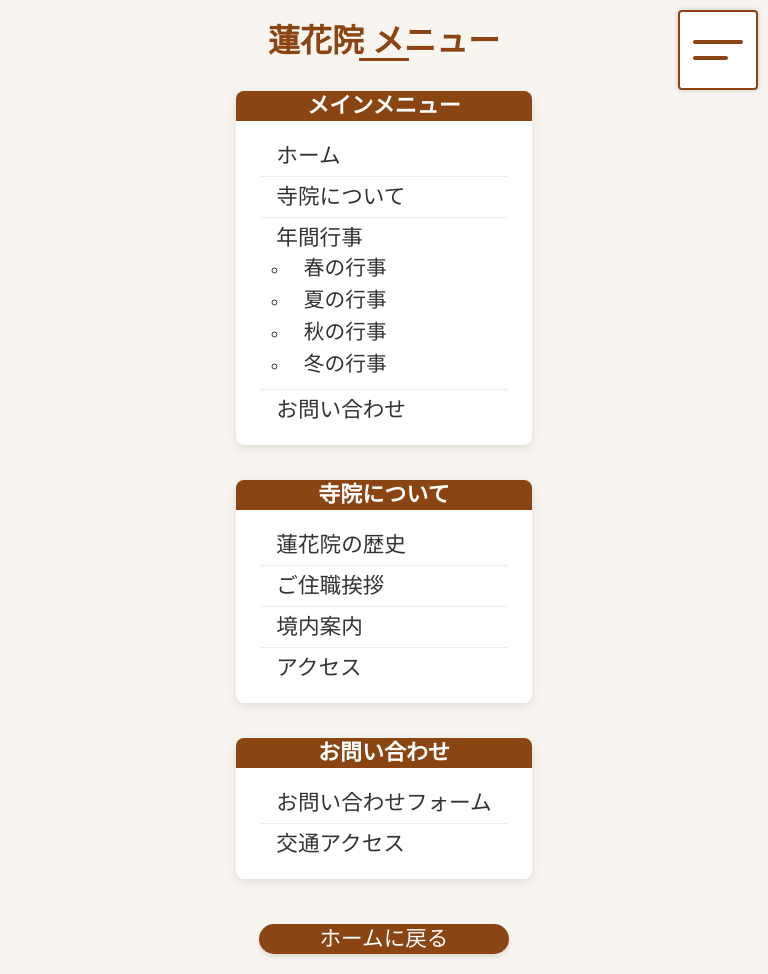
Repository: owl-onoueip/rengein-website
Page: menu.html
These files come from the project's save history. The page is drawn as it stood at one moment and after a run of saves; the edit follows.
The browser window is 768 px wide. The pictures show the whole page.
Some web fonts or font styles are not loaded; a fallback is used.

Above is the page before, as saved 2025-03-10 09:03:59.

### menu.html
<!DOCTYPE html>
<html lang="ja">

<head>
    <meta charset="UTF-8">
    <meta name="viewport" content="width=device-width, initial-scale=1.0">
    <title>メニュー - 蓮花院</title>
    <link rel="stylesheet" href="css/style.css">
    <style>
        body {
            font-family: "ヒラギノ明朝 Pro W3", "Hiragino Mincho Pro", "游明朝", YuMincho, "MS P明朝", "MS PMincho", serif;
            margin: 0;
            padding: 0;
            background-color: #f8f5f0;
            color: #333;
            min-height: 100vh;
            display: flex;
            flex-direction: column;
            justify-content: center;
            font-size: 16px;
            /* 基本フォントサイズを設定 */
        }

        .menu-container {
            max-width: 1200px;
            margin: 0 auto;
            padding: 20px;
        }

        h1 {
            text-align: center;
            color: #8b4513;
            margin-bottom: 40px;
            font-size: 28px;
            position: relative;
        }

        h1:after {
            content: "";
            display: block;
            width: 50px;
            height: 2px;
            background-color: #8b4513;
            position: absolute;
            bottom: -15px;
            left: 50%;
            transform: translateX(-50%);
        }

        .menu-grid {
            display: grid;
            grid-template-columns: repeat(auto-fit, minmax(300px, 1fr));
            gap: 20px;
            margin-bottom: 30px;
        }

        .menu-card {
            background: #fff;
            border-radius: 8px;
            box-shadow: 0 3px 10px rgba(0, 0, 0, 0.1);
            overflow: hidden;
            transition: transform 0.3s, box-shadow 0.3s;
        }

        .menu-card:hover {
            transform: translateY(-5px);
            box-shadow: 0 5px 15px rgba(0, 0, 0, 0.15);
        }

        .menu-header {
            background-color: #8b4513;
            color: #fff;
            padding: 15px;
            text-align: center;
        }

        .menu-header h2 {
            margin: 0;
            font-size: 20px;
        }

        .menu-content {
            padding: 20px;
        }

        .menu-list {
            list-style: none;
            padding: 0;
            margin: 0;
        }

        .menu-list li {
            margin-bottom: 10px;
            border-bottom: 1px dotted #ddd;
            padding-bottom: 10px;
        }

        .menu-list li:last-child {
            margin-bottom: 0;
            border-bottom: none;
            padding-bottom: 0;
        }

        .menu-list a {
            display: block;
            color: #333;
            text-decoration: none;
            padding: 5px 10px;
            border-radius: 3px;
            transition: all 0.3s;
            position: relative;
            font-size: 1.1em;
            /* メニューリンクのフォントサイズを大きく */
        }

        .menu-list a:after {
            content: "›";
            position: absolute;
            right: 10px;
            opacity: 0;
            transition: opacity 0.3s, transform 0.3s;
        }

        .menu-list a:hover {
            background-color: rgba(255, 223, 0, 0.2);
            padding-left: 15px;
        }

        .menu-list a:hover:after {
            opacity: 1;
            transform: translateX(5px);
        }

        .sub-menu {
            padding-left: 20px;
            margin-top: 10px;
        }

        .sub-menu li {
            margin-bottom: 12px;
            border-bottom: none;
            padding-bottom: 0;
        }

        .sub-menu a {
            font-size: 1.05em;
            /* サブメニューのフォントサイズも大きく */
            padding: 8px 10px;
            /* タップ領域を広げる */
        }

        .back-button {
            display: block;
            text-align: center;
            width: 200px;
            margin: 0 auto;
            background-color: #8b4513;
            color: #fff;
            padding: 12px 20px;
            border-radius: 30px;
            text-decoration: none;
            transition: all 0.3s;
            box-shadow: 0 3px 5px rgba(0, 0, 0, 0.1);
            font-size: 1.1em;
            /* 戻るボタンのフォントサイズも大きく */
        }

        .back-button:hover {
            background-color: #6d3611;
            transform: translateY(-2px);
            box-shadow: 0 5px 10px rgba(0, 0, 0, 0.15);
        }

        /* メニューボタンのスタイル */
        #menubar_hdr {
            display: block !important;
            position: fixed !important;
            z-index: 9999 !important;
            top: 10px !important;
            right: 10px !important;
            width: 80px !important;
            height: 80px !important;
            background: #fff !important;
            border: 2px solid #8b4513 !important;
            border-radius: 4px !important;
            box-shadow: 0 0 5px rgba(0, 0, 0, 0.2) !important;
            cursor: pointer !important;
            transition: all 0.3s ease !important;
        }

        #menubar_hdr:hover {
            background-color: rgba(139, 69, 19, 0.1) !important;
            transform: translateY(-3px) !important;
            box-shadow: 0 5px 10px rgba(0, 0, 0, 0.2) !important;
        }

        .menu-icon {
            width: 50px !important;
            height: 50px !important;
            position: absolute !important;
            top: 50% !important;
            left: 50% !important;
            transform: translate(-50%, -50%) !important;
        }

        .menu-icon span {
            display: block !important;
            position: absolute !important;
            width: 100% !important;
            height: 4px !important;
            background-color: #8b4513 !important;
            border-radius: 4px !important;
            transition: all 0.3s ease !important;
        }

        .menu-icon span:nth-child(1) {
            top: 15px !important;
        }

        .menu-icon span:nth-child(2) {
            width: 70% !important;
            bottom: 15px !important;
        }

        #menubar_hdr:hover .menu-icon span:nth-child(2) {
            width: 100% !important;
        }

        /* レスポンシブ対応 */
        @media (max-width: 768px) {
            body {
                font-size: 18px;
                /* スマホ表示時はさらに大きく */
            }

            h1 {
                font-size: 32px;
                /* タイトルも大きく */
                margin-bottom: 50px;
            }

            h1:after {
                bottom: -20px;
                height: 3px;
            }

            .menu-header h2 {
                font-size: 22px;
                /* カードヘッダーも大きく */
            }

            .menu-grid {
                grid-template-columns: 1fr;
            }

            .menu-card {
                margin-bottom: 15px;
            }

            .menu-list a {
                padding: 10px 15px;
                /* タップ領域をさらに広げる */
                font-size: 1.2em;
            }

            .sub-menu a {
                padding: 10px 15px;
                font-size: 1.15em;
            }

            .menu-content {
                padding: 25px;
                /* コンテンツ全体のパディングも増やす */
            }

            .back-button {
                width: 250px;
                /* ボタンを大きく */
                padding: 15px 20px;
                font-size: 1.2em;
                margin-top: 20px;
            }
        }
    </style>
</head>

<body>
    <div class="menu-container">
        <h1>蓮花院 メニュー</h1>

        <div class="menu-grid">
            <div class="menu-card">
                <div class="menu-header">
                    <h2>メインメニュー</h2>
                </div>
                <div class="menu-content">
                    <ul class="menu-list">
                        <li><a href="index.html">ホーム</a></li>
                        <li><a href="about.html">寺院について</a></li>
                        <li>
                            <a href="events.html">年間行事</a>
                            <ul class="sub-menu">
                                <li><a href="events.html#spring">春の行事</a></li>
                                <li><a href="events.html#summer">夏の行事</a></li>
                                <li><a href="events.html#autumn">秋の行事</a></li>
                                <li><a href="events.html#winter">冬の行事</a></li>
                            </ul>
                        </li>
                        <li><a href="contact.html">お問い合わせ</a></li>
                    </ul>
                </div>
            </div>

            <div class="menu-card">
                <div class="menu-header">
                    <h2>寺院について</h2>
                </div>
                <div class="menu-content">
                    <ul class="menu-list">
                        <li><a href="about.html#history">蓮花院の歴史</a></li>
                        <li><a href="about.html#message">ご住職挨拶</a></li>
                        <li><a href="about.html#temple-grounds">境内案内</a></li>
                        <li><a href="about.html#access">アクセス</a></li>
                    </ul>
                </div>
            </div>

            <div class="menu-card">
                <div class="menu-header">
                    <h2>お問い合わせ</h2>
                </div>
                <div class="menu-content">
                    <ul class="menu-list">
                        <li><a href="contact.html#form">お問い合わせフォーム</a></li>
                        <li><a href="contact.html#access">交通アクセス</a></li>
                    </ul>
                </div>
            </div>
        </div>

        <a href="index.html" class="back-button">ホームに戻る</a>
    </div>

    <!--ハンバーガーメニュー-->
    <a href="index.html">
        <div id="menubar_hdr">
            <div class="menu-icon">
                <span></span>
                <span></span>
            </div>
        </div>
    </a>

    <script src="https://ajax.googleapis.com/ajax/libs/jquery/3.6.0/jquery.min.js"></script>
    <script src="js/main.js"></script>
</body>

</html>

### css/inview.css
@charset "utf-8";



/*up,down,transform1,transform2の共通設定
（待機中の設定）
---------------------------------------------------------------------------*/
.up, .down, .transform1, .transform2 {
	position: relative;
	opacity: 0;		/*透明度（透明の状態）*/
}


/*up,down,transform1,transform2の共通設定
（要素が見えたら実行するアクションの設定）
---------------------------------------------------------------------------*/
.upstyle, .downstyle, .transform1style, .transform2style {
	opacity: 1;				/*透明度（色が100%出た状態）*/
	transition: 1s 0.5s;	/*1sはアニメーションの実行時間1.5秒。0.5sは0.5秒遅れてスタートする指定。*/
}


/*upスタイル。下から上にフェードインしてくるスタイル
---------------------------------------------------------------------------*/
/*待機中の設定*/
.up {
	bottom: -20px;	/*基準値の下20pxの場所からスタート*/
}

/*要素が見えたら実行するアクション*/
.upstyle {
	bottom: 0px;	/*基準値まで戻す*/
}


/*downスタイル。上から下にフェードインしてくるスタイル
---------------------------------------------------------------------------*/
/*待機中の設定*/
.down {
	top: -20px;	/*基準値の上20pxの場所からスタート*/
}

/*要素が見えたら実行するアクション*/
.downstyle {
	top: 0px;	/*基準値まで戻す*/
}


/*transform1スタイル。その場で回転するスタイル
---------------------------------------------------------------------------*/
/*待機中の設定*/
.transform1 {
	transform: scaleX(0);	/*幅を0%でスタート*/
}

/*要素が見えたら実行するアクション*/
.transform1style {
	transform: scaleX(1);	/*幅を100%に戻す*/
}


/*transform2スタイル。倒れた状態から起き上がるスタイル
---------------------------------------------------------------------------*/
/*待機中の設定*/
.transform2 {
	transform: perspective(400px) translateZ(-70px) rotateX(50deg);
}

/*要素が見えたら実行するアクション*/
.transform2style {
	transform: perspective(400px) translateZ(0px) rotateX(0deg);
}


/*blurスタイル。ぼかしで出現するスタイル。
---------------------------------------------------------------------------*/
/*待機中の設定*/
.blur {
	opacity: 0;	/*透明度（透明の状態）*/
	filter: blur(30px);
	transform: scale(1.03);
}

/*要素が見えたら実行するアクション*/
.blurstyle {
	opacity: 1;
	filter: blur(0);
	transform: scale(1);
	transition: 1s 0.5s;
}


/*transform3スタイル。小さなサイズから原寸大になるスタイル
---------------------------------------------------------------------------*/
/*キーフレーム（アニメーション）設定*/
@keyframes transform3 {
0% {
	transform: scale(0);
}
50% {
	transform: scale(1.05);
}
70% {
	transform: scale(0.99);
}
100% {
	transform: scale(1);
}
}

/*待機中の設定*/
.transform3 {
	transform: scale(0);
}

/*要素が見えたら実行するアクション*/
.transform3style {
	animation: transform3 0.8s ease-out 0.5s both;
}

Loaded but not shown: js/main.js (54 lines, source omitted); css/style.css (1465 lines, source omitted)

After the next 2 saves:
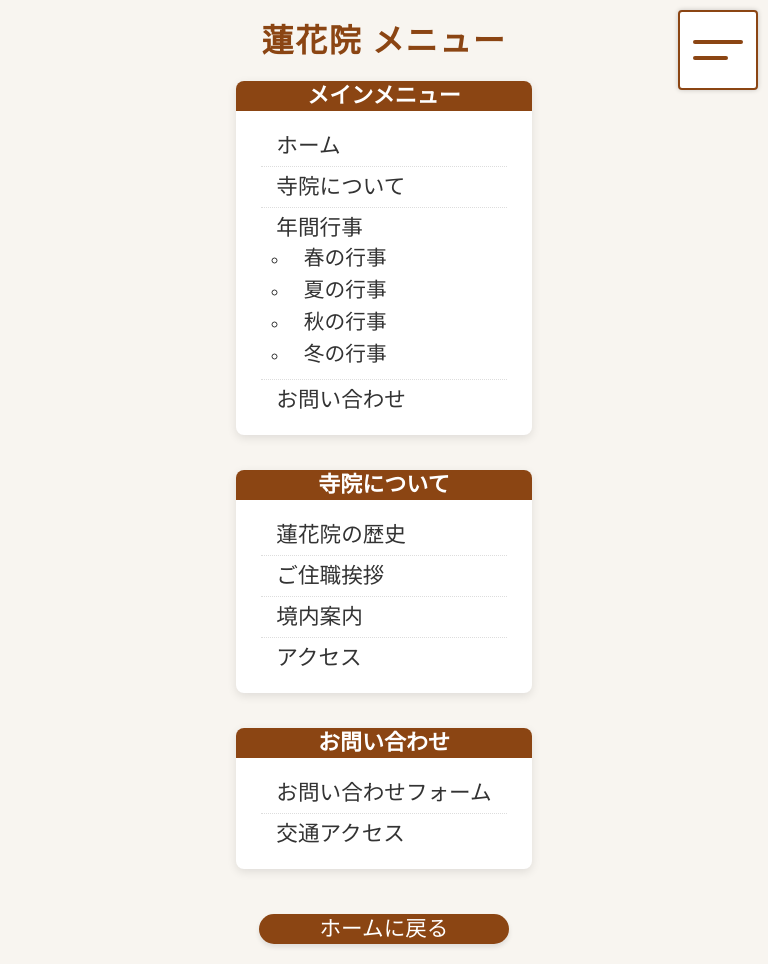
The 2 saves are shown as one change because they came seconds apart.
The last was saved 2 min 55 s later.
--- a/menu.html
+++ b/menu.html
@@ -30,21 +30,12 @@
         h1 {
             text-align: center;
             color: #8b4513;
-            margin-bottom: 40px;
+            margin-bottom: 35px;
+            /* マージンを調整 */
             font-size: 28px;
             position: relative;
-        }
-
-        h1:after {
-            content: "";
-            display: block;
-            width: 50px;
-            height: 2px;
-            background-color: #8b4513;
-            position: absolute;
-            bottom: -15px;
-            left: 50%;
-            transform: translateX(-50%);
+            letter-spacing: 0.05em;
+            /* 文字間隔を少し広げる */
         }
 
         .menu-grid {
@@ -236,12 +227,8 @@
             h1 {
                 font-size: 32px;
                 /* タイトルも大きく */
-                margin-bottom: 50px;
-            }
-
-            h1:after {
-                bottom: -20px;
-                height: 3px;
+                margin-bottom: 40px;
+                /* スマホ表示時のマージン調整 */
             }
 
             .menu-header h2 {
